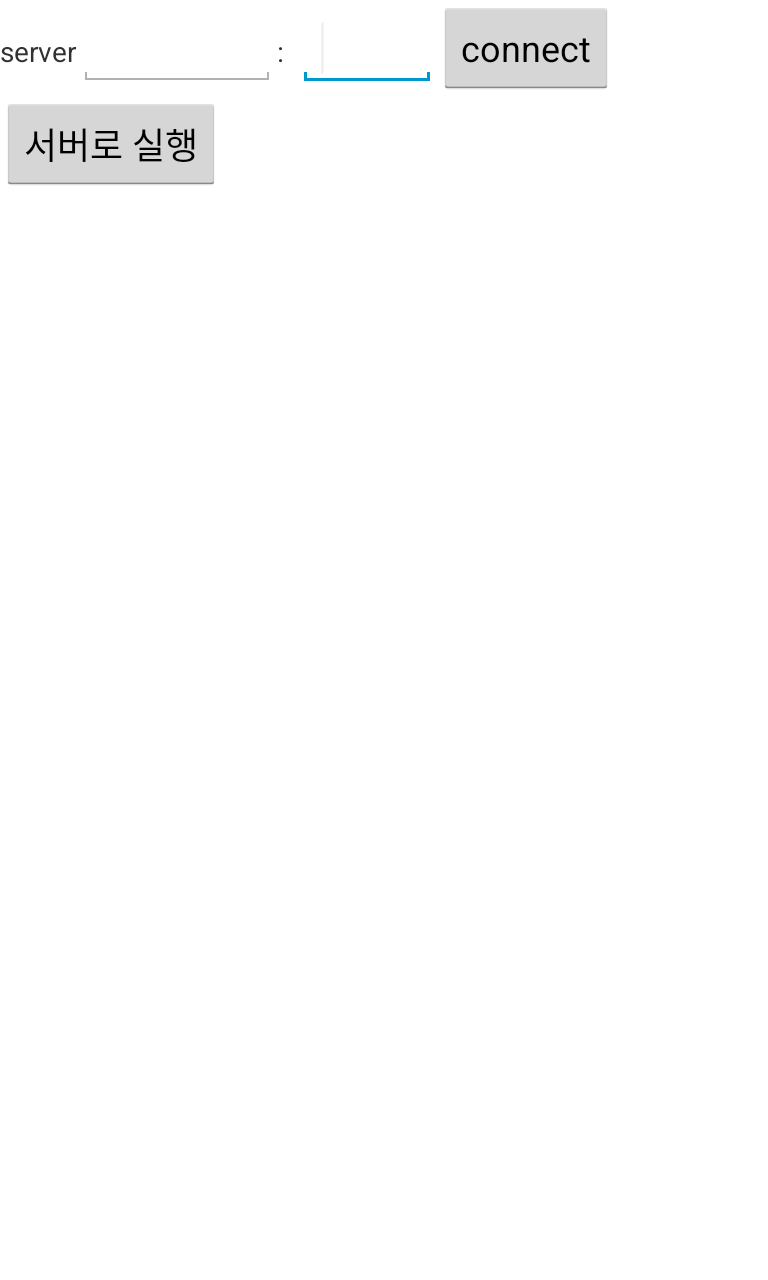
Repository: supremehappy/Android
Layout: MessengerTest/res/layout/activity_main.xml
The author's editor kept a copy of each file at every save. The layout is drawn from the files as they stood at one save, then again after the next save.
It is drawn on a 768 x 1280 px phone screen (xhdpi) without system bars, with theme AppTheme; the app's code is not run.

Above is the layout before, as saved 2017-09-04 07:28:25.

### MessengerTest/res/layout/activity_main.xml
<LinearLayout xmlns:android="http://schemas.android.com/apk/res/android"
    xmlns:tools="http://schemas.android.com/tools"
    android:id="@+id/LinearLayout1"
    android:layout_width="match_parent"
    android:layout_height="match_parent"
    android:orientation="vertical"
    tools:context="${relativePackage}.${activityClass}" >

    <TableLayout
        android:layout_width="match_parent"
        android:layout_height="wrap_content" >

        <TableRow
            android:id="@+id/tableRow1"
            android:layout_width="wrap_content"
            android:layout_height="wrap_content" >

            <TextView
                android:id="@+id/textView1"
                android:layout_width="wrap_content"
                android:layout_height="wrap_content"
                android:text="@string/server" />

            <EditText
                android:id="@+id/server_ip"
                android:layout_width="100dp"
                android:layout_height="wrap_content"
                android:ems="10" >

                <requestFocus />
            </EditText>

            <TextView
                android:id="@+id/textView2"
                android:layout_width="10dp"
                android:layout_height="wrap_content"
                android:text="@string/a" />

            <EditText
                android:id="@+id/server_port"
                android:layout_width="70dp"
                android:layout_height="wrap_content"
                android:ems="10" >

                <requestFocus />
            </EditText>

            <Button
                android:id="@+id/connect_to_server"
                android:layout_width="wrap_content"
                android:layout_height="wrap_content"
                android:text="@string/c" />

        </TableRow>
    </TableLayout>

    <TableRow
        android:id="@+id/tableRow2"
        android:layout_width="wrap_content"
        android:layout_height="wrap_content" >

        <Button
            android:id="@+id/run_as_server"
            android:layout_width="wrap_content"
            android:layout_height="wrap_content"
            android:text="@string/server1" />
    </TableRow>

</LinearLayout>

### MessengerTest/res/values/strings.xml
<?xml version="1.0" encoding="utf-8"?>
<resources>

    <string name="app_name">MessingerTest</string>
    <string name="hello_world">Hello world!</string>
    <string name="server">server</string>
    <string name="a">:</string>
    <string name="c">connect</string>
    <string name="server1">서버로 실행</string>

</resources>

Loaded but not shown: MessengerTest/res/values/styles.xml (common file); MessengerTest/res/values-v11/styles.xml (common file); MessengerTest/res/values-v14/styles.xml (common file)

After the next save:
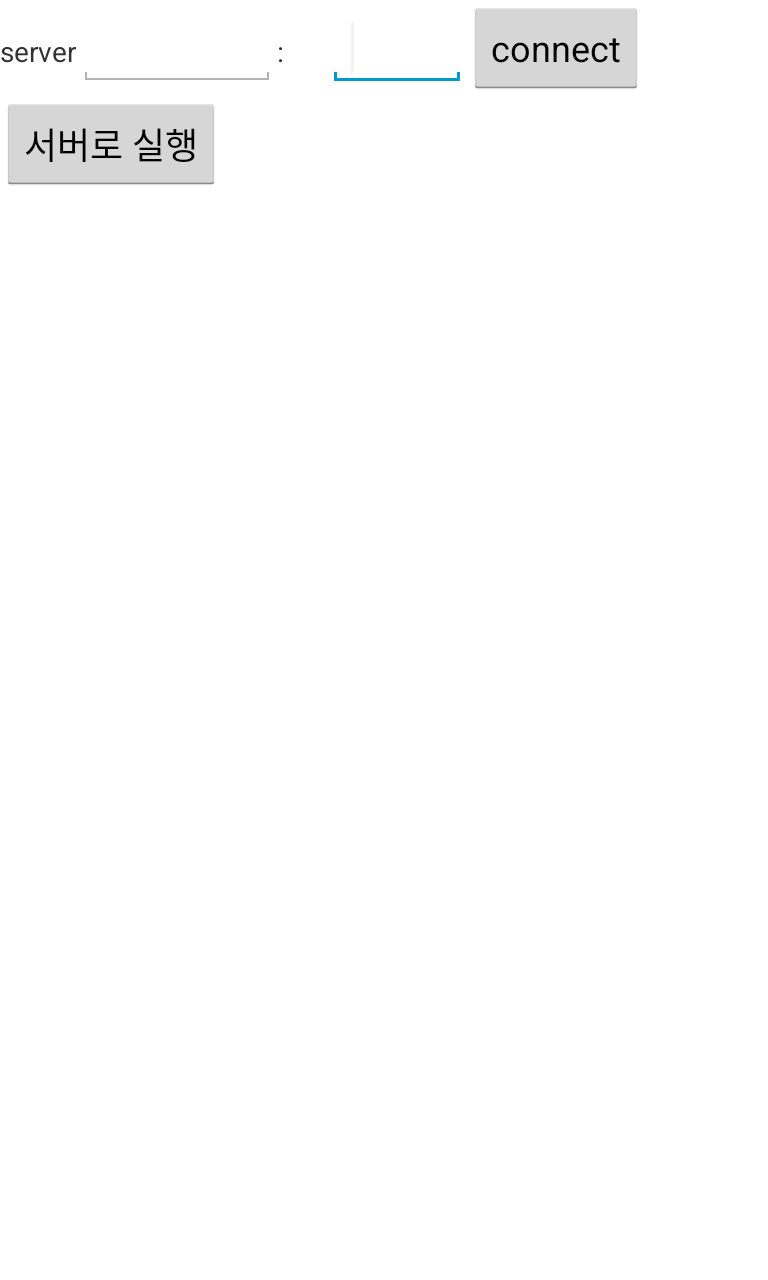
Saved 9 s later.
--- a/MessengerTest/res/layout/activity_main.xml
+++ b/MessengerTest/res/layout/activity_main.xml
@@ -32,7 +32,7 @@
 
             <TextView
                 android:id="@+id/textView2"
-                android:layout_width="10dp"
+                android:layout_width="25dp"
                 android:layout_height="wrap_content"
                 android:text="@string/a" />
 
